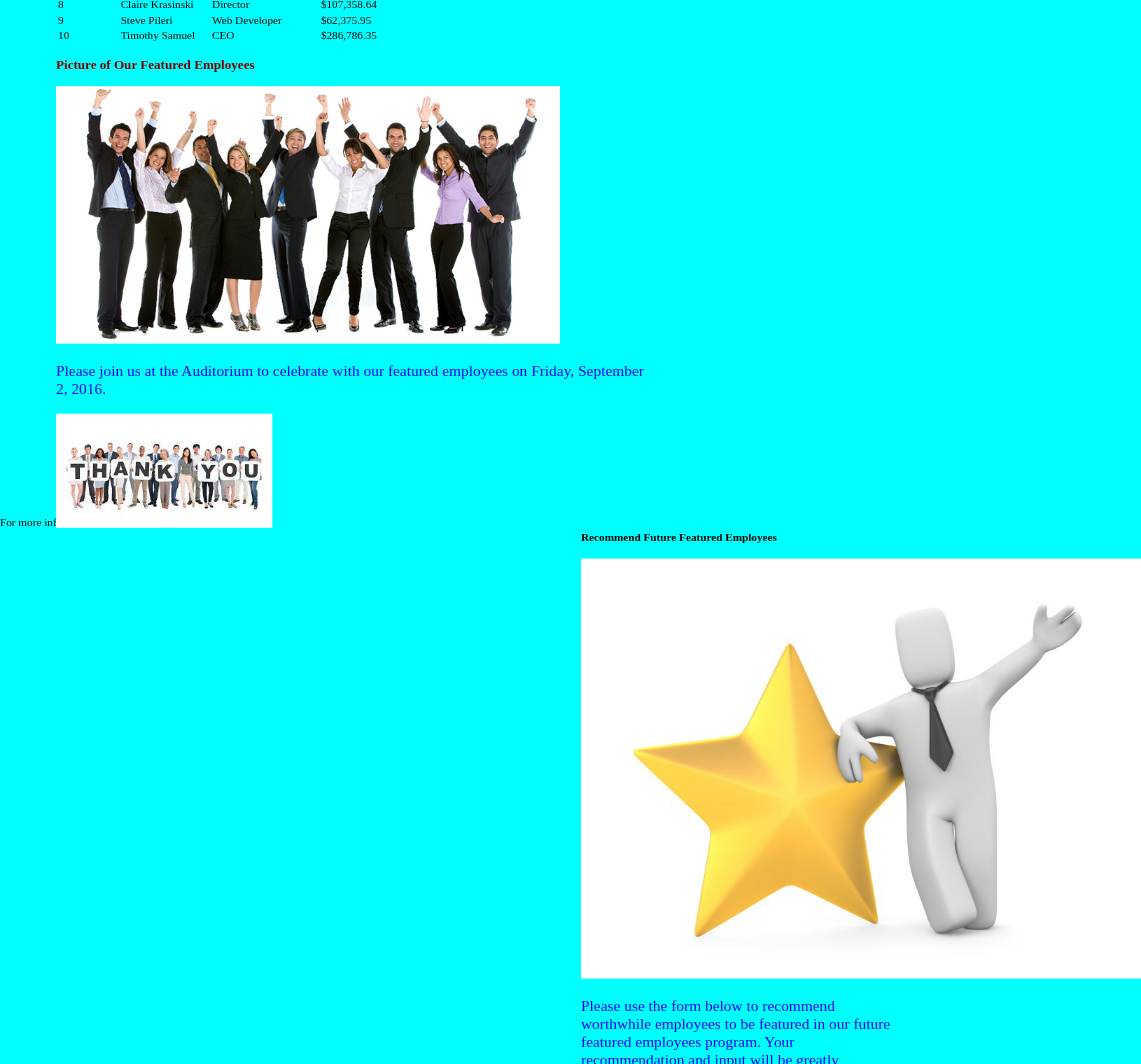
Repository: myjavaweb2/Week5JDBCAssignments
Page: http://localhost/myweek4project/
An editor plug-in stored every save of this project. The page is shown before and after the next save, followed by the edit.
The browser window is 1280 px wide. The page is 1630 px wide, so the pictures cover 1630 px, including what lies to the right of the window. The pictures show the part of the page from y = 1120 to 2640 px (the page is 2698 px tall), at 70% of full size.
The page is served by Tomcat 9. Other server files are loaded and not shown.

Above is the page before, as saved 2016-08-26 17:37:47.

### myweek4project/src/main/webapp/index.html
<!DOCTYPE html>
<html>
<head>
<meta charset="ISO-8859-1">
<link rel="stylesheet" href="styles.css" />
<title>Employees at the New World Company</title>
</head>
<body>

<header>
<h1>We Are A Global IT Consultants</h1>
</header>

<main>

<div>
<h2>Highlights of Our Company</h2>

<p>Our company is a worldwide IT consultant company. We specializes in all kinds of IT programmings.
Our company have been in the IT business for over 30 years of providing superior IT consultant
services to Fortune 500 companies. We have a wide range of loyal employees who bring in a very
diverse array of computing skills. We have a very worker-friendly work environment and that's
why we have a very high rate of employee retention.</p>

<h2>Services We Provide</h2>

<p>Our company provides a very diverse range of IT consultant services from small IT projects that lasts
a few weeks to a few months and very big projects that lasts several years.</p>

<p>Below are some of the list of services that we provide:</p>

<ul>
	<li>Analysis of Initial Project Concepts</li>
	<li>Research of Project Feasibility</li>
	<li>Consultation of IT Projects</li>
	<li>Onsite Mentoring of New IT Hires</li>
	<li>Management Consultation</li>
</ul>
</div>

<div>
<h3>Our Company Values Its Employees</h3>

<p>Our company put importance on our employees and provides them with all the latest IT develpments.
We also provide our employees the very best of life-work balance with a generous benefits, leave and
training including massages bi-weekly. We are also proud to say that we also providea 12 week new
parent leave with full pay and benefits!</p>

<p>Below are some of our recently featured employees:</p>

<table>
	<caption>Our Featured Employees</caption>
		<tr>
			<th>EmployeeID</th>
			<th>Name</th>
			<th>Position</th>
			<th>Salary</th>
		</tr>
		<tr>
			<td>1</td>
			<td>John McDaniel</td>
			<td>Project Analyst</td>
			<td>$53,720.64</td>
		</tr>
		<tr>
			<td>2</td>
			<td>Marianne Gongalez</td>
			<td>Secretary</td>
			<td>$33,461.20</td>
		</tr>
		<tr>
			<td>3</td>
			<td>Chris Paul</td>
			<td>Software Engineer</td>
			<td>$74,125.08</td>
		</tr>
		<tr>
			<td>4</td>
			<td>Halil Sharif</td>
			<td>Database Administrator</td>
			<td>$78,263.92</td>
		</tr>
		<tr>
			<td>5</td>
			<td>Jessica Smith</td>
			<td>Database Developer</td>
			<td>$44,842.50</td>
		</tr>
		<tr>
			<td>6</td>
			<td>William McCain</td>
			<td>Manager</td>
			<td>$82,207.12</td>
		</tr>
		<tr>
			<td>7</td>
			<td>Laura Johnson</td>
			<td>Janitor</td>
			<td>$18,261.37</td>
		</tr>
		<tr>
			<td>8</td>
			<td>Claire Krasinski</td>
			<td>Director</td>
			<td>$107,358.64</td>
		</tr>
		<tr>
			<td>9</td>
			<td>Steve Pileri</td>
			<td>Web Developer</td>
			<td>$62,375.95</td>
		</tr>
		<tr>
			<td>10</td>
			<td>Timothy Samuel</td>
			<td>CEO</td>
			<td>$286,786.35</td>
		</tr>

</table>

<h3>Picture of Our Featured Employees</h3>

<img alt="Snap of Employees" src="images/employees.jpg">

<p>Please join us at the Auditorium to celebrate with our featured employees
on Friday, September 2, 2016.</p>

<img alt="Employees Appreciation" src="images/employees2.jpg">
</div>

</main>

<aside>
<h4>Recommend Future Featured Employees</h4>

<img alt="Employee Pride" src="images/employee_pride.jpg">

<p>Please use the form below to recommend worthwhile employees to be featured
in our future featured employees program. Your recommendation and input will
be greatly appreciated!</p>


</aside>

<footer>
For more information about previous featured employees, please
<a href="http://www.prnewswire.com/news-releases/video-production-agency-rep-interactive-wins-inccoms-50-best-workplaces-award-300317746.html">
click here.</a>
</footer>



</body>
</html>

### myweek4project/src/main/webapp/styles.css
html, body {
	margin: 0;
	padding: 0;
	border: 0;
	font-size: 100%;
	background-color: aqua;
}

header {
	height: 135px;
}

main {
	width: 850px;
	background-color: aqua;
	float: left;
	padding-left: 0;
	padding-right: 0;
	position: relative;
	right: 20px;
  	left: 80px;
  	top: 20px;
  	bottom: 15px;
}

aside {
	width: 450px;
	background-color: aqua;
	float: right;
}

footer {
	clear: left;
}

p {
	font-style: Times New Roman, Tahoma, sans serif;
	font-size: 22px;
	color: blue;
}

h1, h2, h3 {
	font-family: fantasy, serif;
	color:maroon;
}

h1 {
	font-family: "Helvetica-Bold",Impact, sans serif;

}

ul {
	color:teal;
	font-size: 20px;
}
a {
	color: purple;
	text-decoration: none;
}

After the next save:
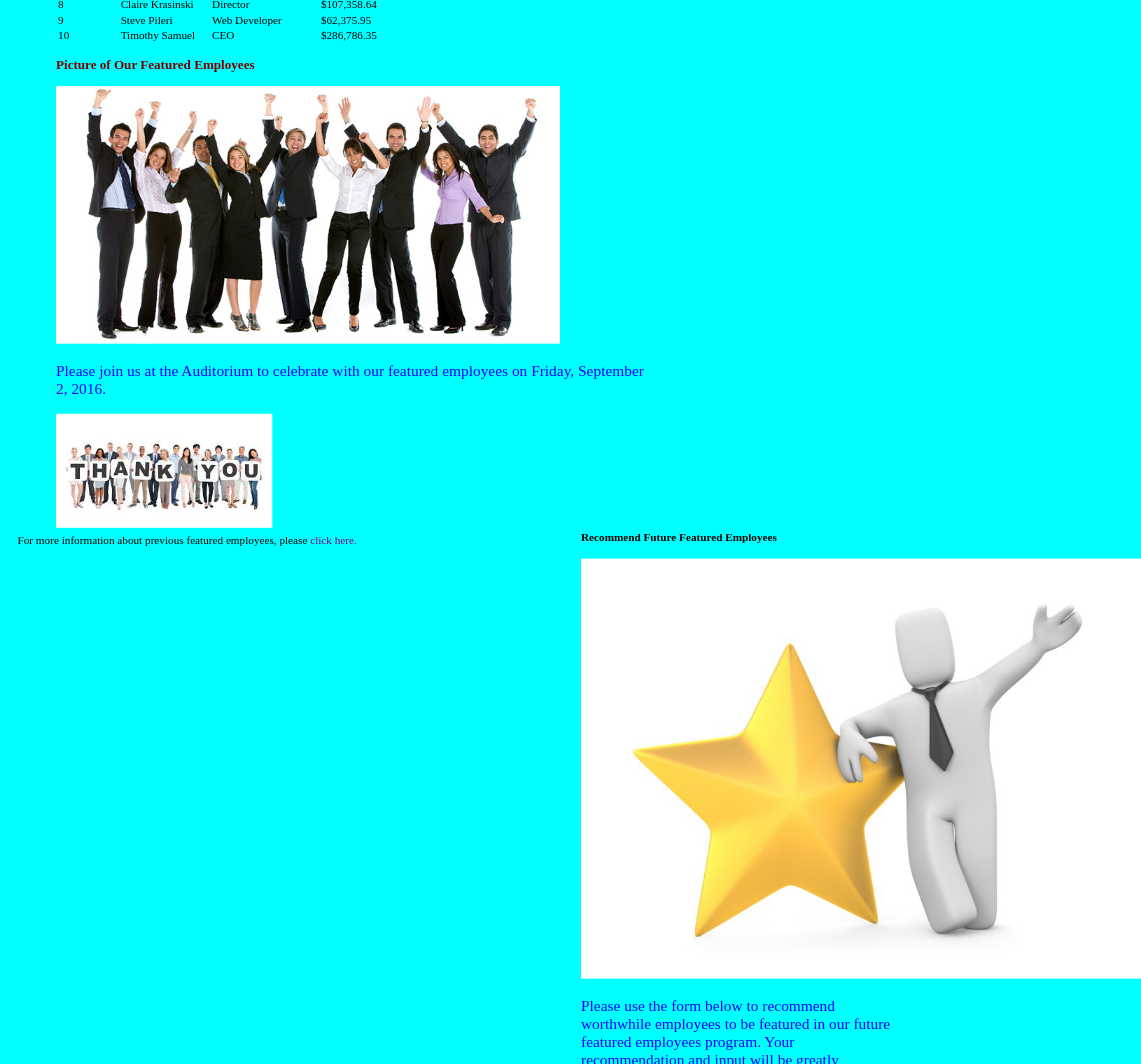
Saved 95 s later.
--- a/myweek4project/src/main/webapp/styles.css
+++ b/myweek4project/src/main/webapp/styles.css
@@ -31,6 +31,7 @@ aside {
 
 footer {
 	clear: left;
+	padding: 25px;
 }
 
 p {
